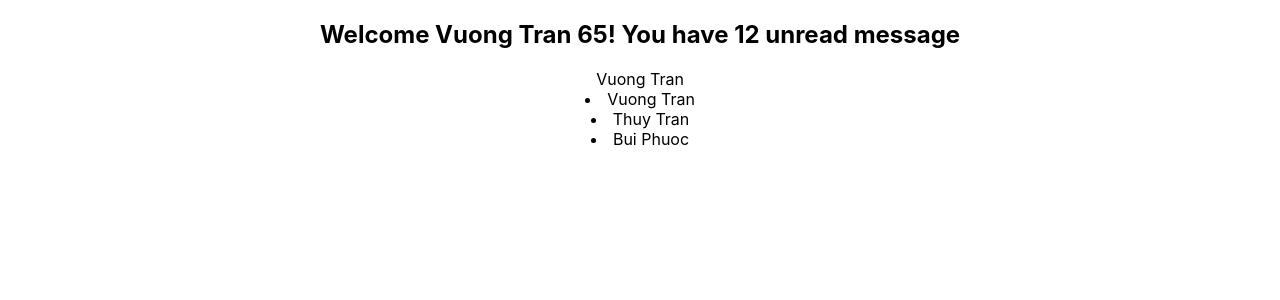
Repository: vuongtm1999/ALTA-exercise-1
Page: /
An editor plug-in stored every save of this project. The page is shown before and after a run of saves, followed by the edit.
The browser window is 1280 px wide. The pictures show the whole page.
The project was rebuilt for these pictures with package versions that can differ from the ones it lists, and the page was loaded fresh each time.

Above is the page before, as saved 2022-10-24 16:50:18.

After the next 2 saves:
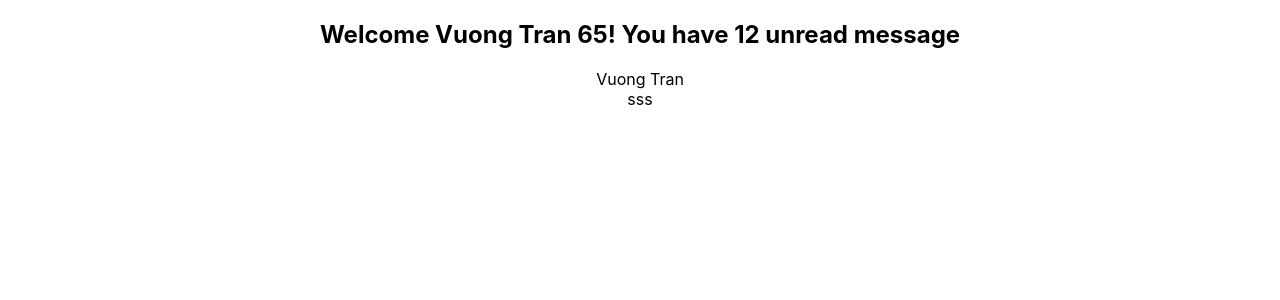
The 2 saves are shown as one change because 1 did not build or start.
The last was saved 19 s later.
--- a/src/components/PersonList.tsx
+++ b/src/components/PersonList.tsx
@@ -8,7 +8,7 @@ type PersonListProps = {
 export const PersonList = (props: PersonListProps) => {
     return (
         <div>
-            {props.names.map(name => <li>{name.firstName} {name.lastName}</li>)}
+            {props.names.map(name => { return "s"})}
         </div>
      );
 }
